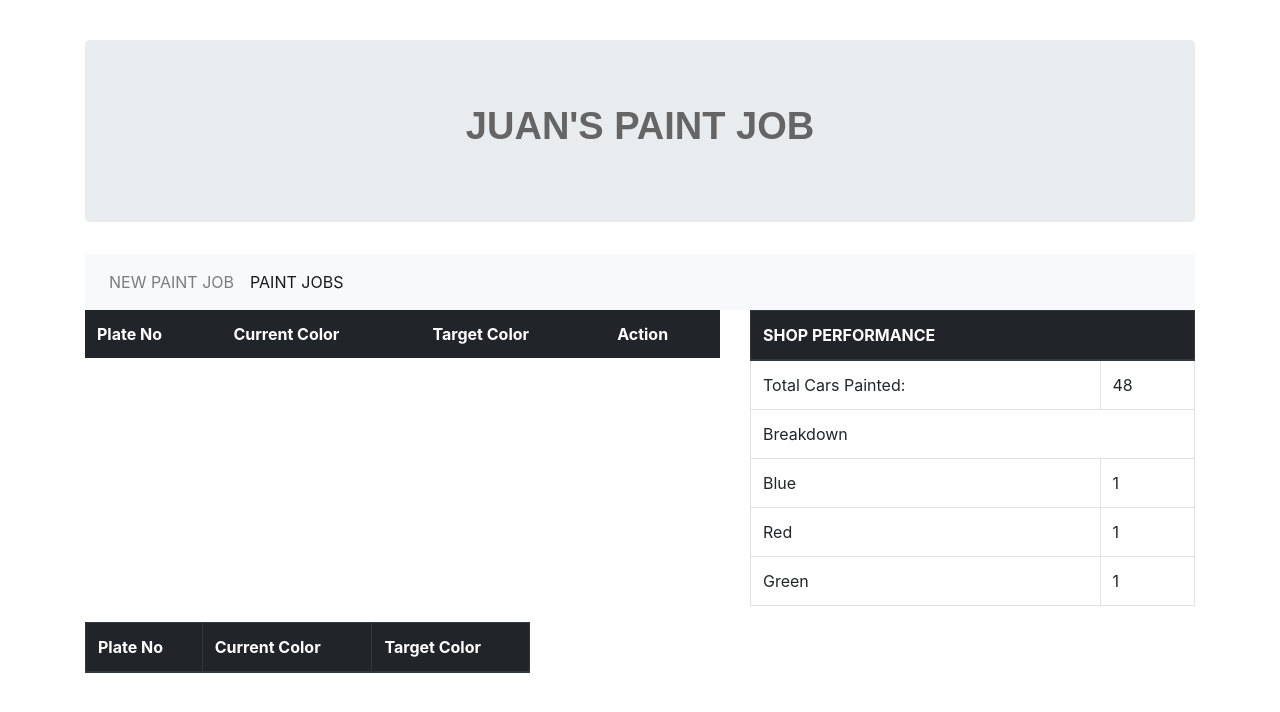
Repository: soycaringal/paint-job
Page: http://localhost/jobs
These files come from the project's save history. The page is drawn as it stood at one moment and after the next save; the edit follows.
The browser window is 1280 px wide. The pictures show the whole page.
The page is served by the project's Laravel application, run on PHP 8.4 with Laravel 8. Queries for data that is not in the repository find no rows.

Above is the page before, as saved 2020-02-22 22:48:12.

After the next save:
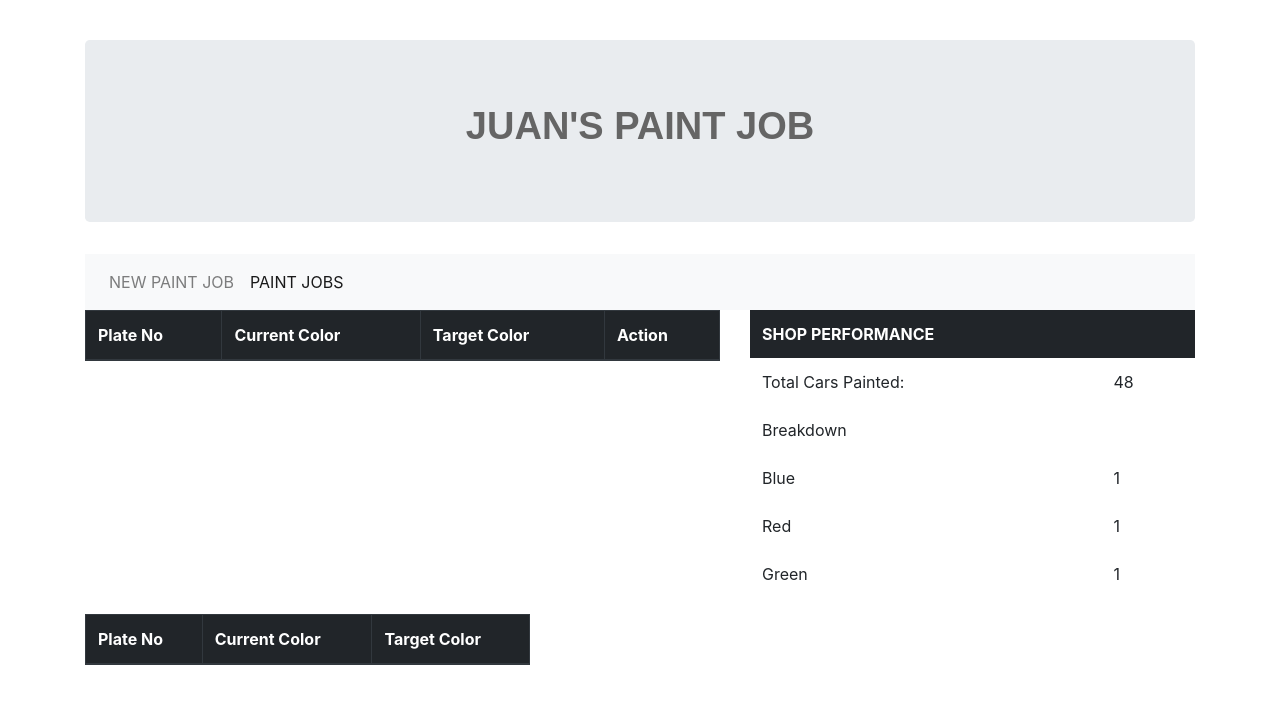
Saved 51 s later.
--- a/resources/views/jobs.blade.php
+++ b/resources/views/jobs.blade.php
@@ -5,7 +5,7 @@
 <div class="row">
     <section class="col-7">
         <div class="cars">
-            <table class="table table-borderless">
+            <table class="table table-bordered">
                 <thead class="thead thead-dark">
                     <tr>
                         <th scope="col">Plate No</th>
@@ -22,7 +22,7 @@
     </section>
     <section class="col-5">
         <div class="cars">
-            <table class="table table-bordered">
+            <table class="table table-borderless">
                 <thead class="thead thead-dark">
                     <tr>
                         <th scope="col" colspan="2">SHOP PERFORMANCE</th>
